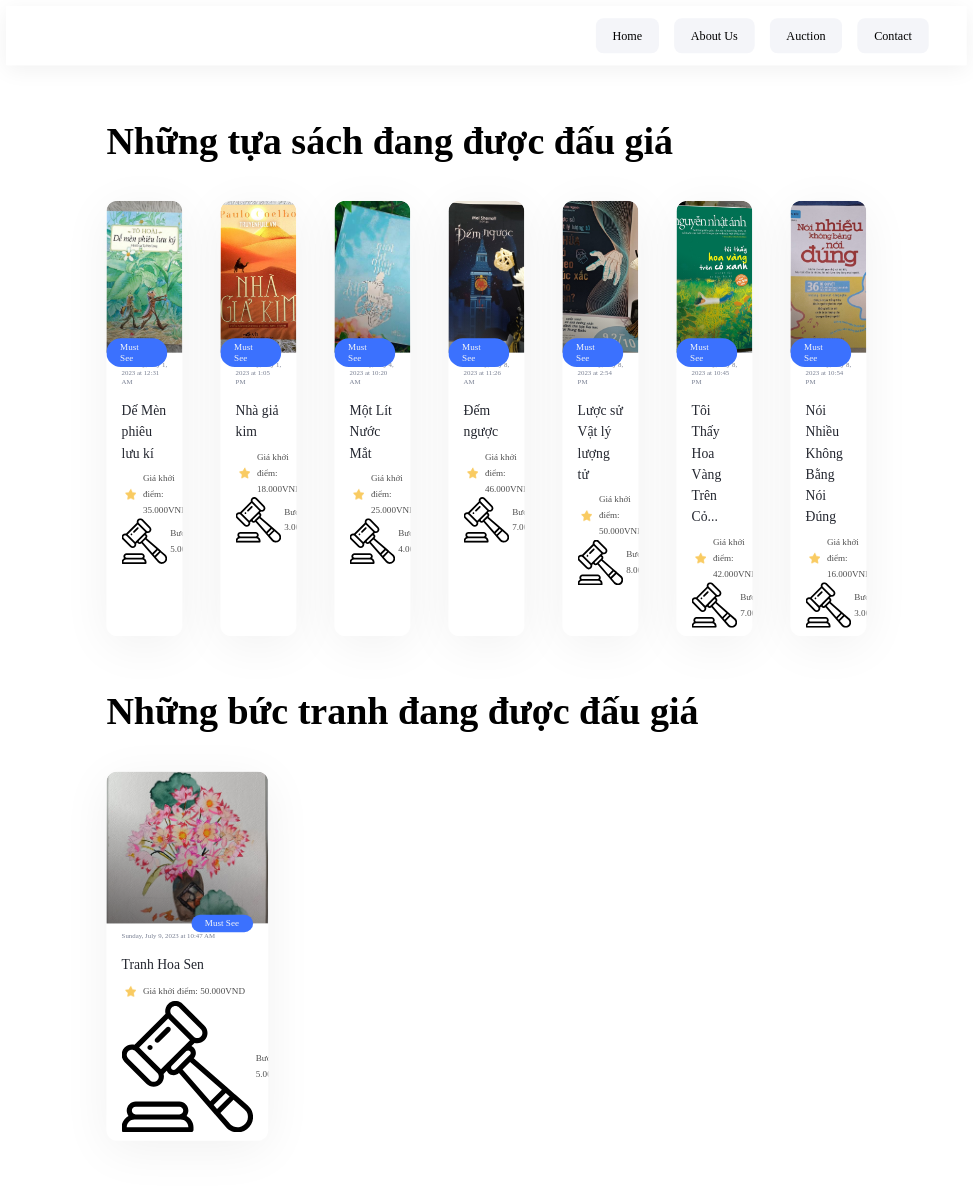
Repository: anatole24/Youth-Smile
Page: auction.html
The author's editor kept a copy of each file at every save. The page is drawn from the files as they stood at one save, then again after the next save.
The browser window is 1280 px wide. The pictures show the whole page, at 76% of full size.
Some web fonts or font styles are not loaded; a fallback is used.

Above is the page before, as saved 2023-07-08 11:12:13.

### auction.html
<!DOCTYPE html>
<head>
  <meta charset="UTF-8">
  <meta http-equiv="X-UA-Compatible" content="IE=edge">
  <meta name="viewport" content="width=device-width, initial-scale=1.0">
  <link rel="stylesheet" href="https://cdnjs.cloudflare.com/ajax/libs/font-awesome/6.4.0/css/all.min.css" integrity="sha512-iecdLmaskl7CVkqkXNQ/ZH/XLlvWZOJyj7Yy7tcenmpD1ypASozpmT/E0iPtmFIB46ZmdtAc9eNBvH0H/ZpiBw==" crossorigin="anonymous" referrerpolicy="no-referrer">
  <link rel="preconnect" href="https://fonts.googleapis.com">
  <link rel="preconnect" href="https://fonts.gstatic.com" crossorigin="">
  <link href="https://fonts.googleapis.com/css2?family=Dancing+Script&amp;family=Geologica&amp;family=Kaushan+Script&amp;family=Lobster&amp;family=Marck+Script&amp;family=Merienda&amp;family=Patrick+Hand&amp;family=Patrick+Hand+SC&amp;family=Playball&amp;family=Roboto&amp;family=Roboto+Condensed&amp;display=swap" rel="stylesheet">
  <link rel="stylesheet" href="header.css">
  <link rel="stylesheet" href="auction.css">
  <title>Auction</title>
  <body>
    <div class="header">
      <div class="header_container">
        <div class="header_list"><a class="header_item" href="./index.html">Home</a><a class="header_item" href="./about.html">About Us</a><a class="header_item" href="./auction.html">Auction</a><a class="header_item" href="./contact.html">Contact</a></div>
      </div>
    </div>
    <section class="auction">
      <div class="container">
        <h2 class="heading">Những tựa sách đang được đấu giá
          <div class="auction-list">
            <div class="auction-item">
              <div class="auction-image">
                <div class="auction-overlay"></div><img class="auction-img" src="./images/b-demen.jpg" alt="book"/><a class="auction-label" href="./must/see.html">Must See</a>
              </div>
              <div class="auction-content"><span class="auction-time">Saturday, July 1, 2023 at 12:31 AM</span>
                <h3 class="auction-title">Dế Mèn phiêu lưu kí</h3>
                <div class="auction-price"><img src="/images/star.png" alt="star"/><span>Giá khởi điểm: 35.000VND</span></div>
                <div class="auction-step"><img class="step-img" src="/images/bua1.svg" alt="star"/><span>Bước giá: 5.000VND</span></div>
              </div>
            </div>
            <div class="auction-item">
              <div class="auction-image">
                <div class="auction-overlay"></div><img class="auction-img" src="./images/b-ngk.jpg" alt="book"/><a class="auction-label" href="./must/ngk.html">Must See</a>
              </div>
              <div class="auction-content"><span class="auction-time">Saturday, July 1, 2023 at 1:05 PM</span>
                <h3 class="auction-title">Nhà giả kim</h3>
                <div class="auction-price"><img src="/images/star.png" alt="star"/><span>Giá khởi điểm: 18.000VND</span></div>
                <div class="auction-step"><img class="step-img" src="/images/bua1.svg" alt="star"/><span>Bước giá: 3.000VND</span></div>
              </div>
            </div>
            <div class="auction-item">
              <div class="auction-image">
                <div class="auction-overlay"></div><img class="auction-img" src="./images/b-mlnm.jpg" alt="book"/><a class="auction-label" href="./must/mlnm.html">Must See</a>
              </div>
              <div class="auction-content"><span class="auction-time">Tuesday, July 4, 2023 at 10:20 AM</span>
                <h3 class="auction-title">Một Lít Nước Mắt</h3>
                <div class="auction-price"><img src="/images/star.png" alt="star"/><span>Giá khởi điểm: 25.000VND</span></div>
                <div class="auction-step"><img class="step-img" src="/images/bua1.svg" alt="star"/><span>Bước giá: 4.000VND</span></div>
              </div>
            </div>
            <div class="auction-item">
              <div class="auction-image">
                <div class="auction-overlay"></div><img class="auction-img" src="./images/b-demnguoc.jpg" alt="book"/><a class="auction-label" href="./must/dn.html">Must See</a>
              </div>
              <div class="auction-content"><span class="auction-time">Saturday, July 8, 2023 at 11:26 AM</span>
                <h3 class="auction-title">Đếm ngược</h3>
                <div class="auction-price"><img src="/images/star.png" alt="star"/><span>Giá khởi điểm: 46.000VND</span></div>
                <div class="auction-step"><img class="step-img" src="/images/bua1.svg" alt="star"/><span>Bước giá: 7.000VND</span></div>
              </div>
            </div>
            <div class="auction-item">
              <div class="auction-image">
                <div class="auction-overlay"></div><img class="auction-img" src="./images/b-vatly.jpg" alt="book"/><a class="auction-label" href="./must/lsvl.html">Must See</a>
              </div>
              <div class="auction-content"><span class="auction-time">Saturday, July 8, 2023 at 2:54 PM</span>
                <h3 class="auction-title">Lược sử Vật lý lượng tử</h3>
                <div class="auction-price"><img src="/images/star.png" alt="star"/><span>Giá khởi điểm: 50.000VND</span></div>
                <div class="auction-step"><img class="step-img" src="/images/bua1.svg" alt="star"/><span>Bước giá: 8.000VND</span></div>
              </div>
            </div>
            <div class="auction-item">
              <div class="auction-image">
                <div class="auction-overlay"></div><img class="auction-img" src="./images/b-toithay.jpg" alt="book"/><a class="auction-label" href="./must/tthv.html">Must See</a>
              </div>
              <div class="auction-content"><span class="auction-time">Saturday, July 8, 2023 at 10:45 PM</span>
                <h3 class="auction-title">Tôi Thấy Hoa Vàng Trên Cỏ...</h3>
                <div class="auction-price"><img src="/images/star.png" alt="star"/><span>Giá khởi điểm: 42.000VND</span></div>
                <div class="auction-step"><img class="step-img" src="/images/bua1.svg" alt="star"/><span>Bước giá: 7.000VND</span></div>
              </div>
            </div>
            <div class="auction-item">
              <div class="auction-image">
                <div class="auction-overlay"></div><img class="auction-img" src="./images/b-noinhieu.jpg" alt="book"/><a class="auction-label" href="./must/nnkb.html">Must See</a>
              </div>
              <div class="auction-content"><span class="auction-time">Saturday, July 8, 2023 at 10:54 PM</span>
                <h3 class="auction-title">Nói Nhiều Không Bằng Nói Đúng</h3>
                <div class="auction-price"><img src="/images/star.png" alt="star"/><span>Giá khởi điểm: 16.000VND</span></div>
                <div class="auction-step"><img class="step-img" src="/images/bua1.svg" alt="star"/><span>Bước giá: 3.000VND</span></div>
              </div>
            </div>
          </div>
        </h2>
      </div>
    </section>
    <section class="auction">
      <div class="container">
        <h2 class="heading">Những bức tranh đang được đấu giá
          <div class="auction-list">
            <div class="auction-item">
              <div class="auction-image">
                <div class="auction-overlay"></div><img class="auction-img" src="./images/p-hoasen.jpg" alt="book"/><a class="auction-label" href="#">Must See</a>
              </div>
              <div class="auction-content"><span class="auction-time">Sunday, July 9, 2023 at 10:47 AM</span>
                <h3 class="auction-title">Tranh Hoa Sen</h3>
                <div class="auction-price"><img src="/images/star.png" alt="star"/><span>Giá khởi điểm: 50.000VND</span></div>
                <div class="auction-step"><img class="step-img" src="/images/bua1.svg" alt="star"/><span>Bước giá: 5.000VND</span></div>
              </div>
            </div>
          </div>
        </h2>
      </div>
    </section>
  </body>
</head>

### header.css
:root {
  --primary-color: #c08d18bb;
}
body {
  overflow-x: hidden;
}
a {
  text-decoration: none;
  color: inherit;
}
button {
  cursor: pointer;
  outline: none;
  font: inherit;
  background-color: transparent;
  border: none;
}

.header {
  background-color: white;
  padding: 16px 0;
  box-shadow: 0px 6px 30px 0px rgba(15, 15, 15, 0.06);
  margin-bottom: 70px;
}
.header_container {
  margin: 0 auto;
}
.header_list {
  margin-right: 50px;
  display: flex;
  align-items: center;
  justify-content: flex-end;
  gap: 20px;
  flex-direction: row;
  flex-wrap: nowrap;
}
.header_item {
  padding: 14px 22px;
  border-radius: 10px;
  background-color: #f4f5f9;
  display: block;
  transition: background-color 0.2s linear, color 0.25s ease-in;
}
.header_item:hover {
  background-color: #c08d18bb;
  color: white;
}

### auction.css
/* Auction-*/
.auction-list {
  --columns: 1;
}
.heading {
  font-size: 50px;
  margin-bottom: 30px;
}
.container {
  width: 100%;
  max-width: 1000px;
  margin: 50px auto;
  padding: 0 15px;
}

.auction-list {
  --columns: 4;
  display: grid;
  grid-template-columns: repeat(var(--columns), 1fr);
  grid-auto-flow: column;
  grid-auto-columns: 1fr;
  gap: 50px;
  margin-top: 50px;
  margin-bottom: 70px;
}
.auction-item {
  overflow: hidden;
  background-color: #ffffff;
  border-radius: 14px;
  box-shadow: 0px 12px 64px rgba(0, 0, 0, 0.06);
}
.auction-image {
  height: 200px;
  position: relative;
}
.auction-img {
  width: 100%;
  height: 100%;
  border-radius: 14px 14px 0px 0px;
  object-fit: cover;
}
.auction-label {
  position: absolute;
  right: 20px;
  bottom: 0px;
  font-weight: 500;
  font-size: 12px;
  line-height: 15px;
  display: inline-flex;
  justify-content: center;
  align-items: center;
  color: #f4f5f6;
  background-color: #3b71fe;
  border-radius: 30px;
  padding: 4px 18px;
  transform: translateY(50%);
}
.auction-content {
  padding: 11px 20px;
}
.auction-time {
  font-weight: 400;
  font-size: 9px;
  line-height: 11px;
  color: #777e91;
  margin-bottom: 8px;
  display: block;
}
.auction-title {
  font-weight: 500;
  font-size: 18px;
  line-height: 28px;
  color: #23262f;
  margin-bottom: 9px;
}
.auction-price {
  display: flex;
  align-items: center;
  font-weight: 500;
  font-size: 12px;
  line-height: 175%;
  color: #4f4f4f;
  gap: 4px;
}
.auction-step {
  display: flex;
  align-items: center;
  font-weight: 500;
  font-size: 12px;
  line-height: 175%;
  color: #4f4f4f;
  gap: 4px;
}
.auction-overlay {
  background: linear-gradient(
    24.19deg,
    rgba(4, 4, 4, 0.52) 0.23%,
    rgba(4, 4, 4, 0) 55.52%
  );

  position: absolute;
  top: 0;
  left: 0;
  width: 100%;
  height: 100%;
  border-radius: 14px 14px 0px 0px;
}

@media screen and (max-width: 1023.98px) {
  .auction-item {
    width: calc(50% - 30px);
    margin-bottom: 30px;
  }
  .auction-list {
    --columns: 2;
  }
}
@media screen and (max-width: 767.98px) {
  .auction-item {
    width: 100%;
  }
  .auction-list {
    grid-template-columns: repeat(2, 1fr);
    grid-auto-flow: row;
    gap: 16px;
  }
}

After the next save:
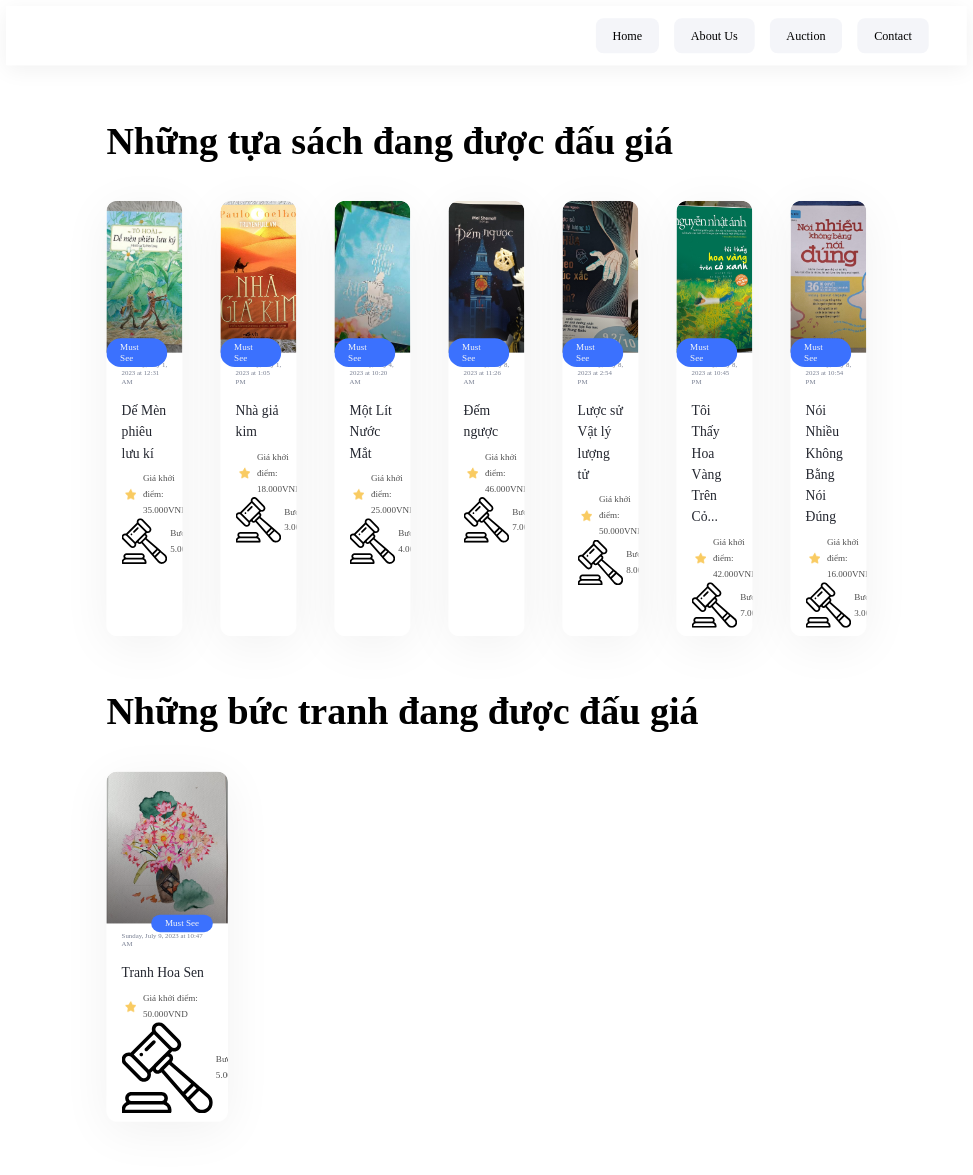
Saved 32 s later.
--- a/auction.css
+++ b/auction.css
@@ -14,7 +14,7 @@
 }
 
 .auction-list {
-  --columns: 4;
+  --columns: 5;
   display: grid;
   grid-template-columns: repeat(var(--columns), 1fr);
   grid-auto-flow: column;

After the save that followed:
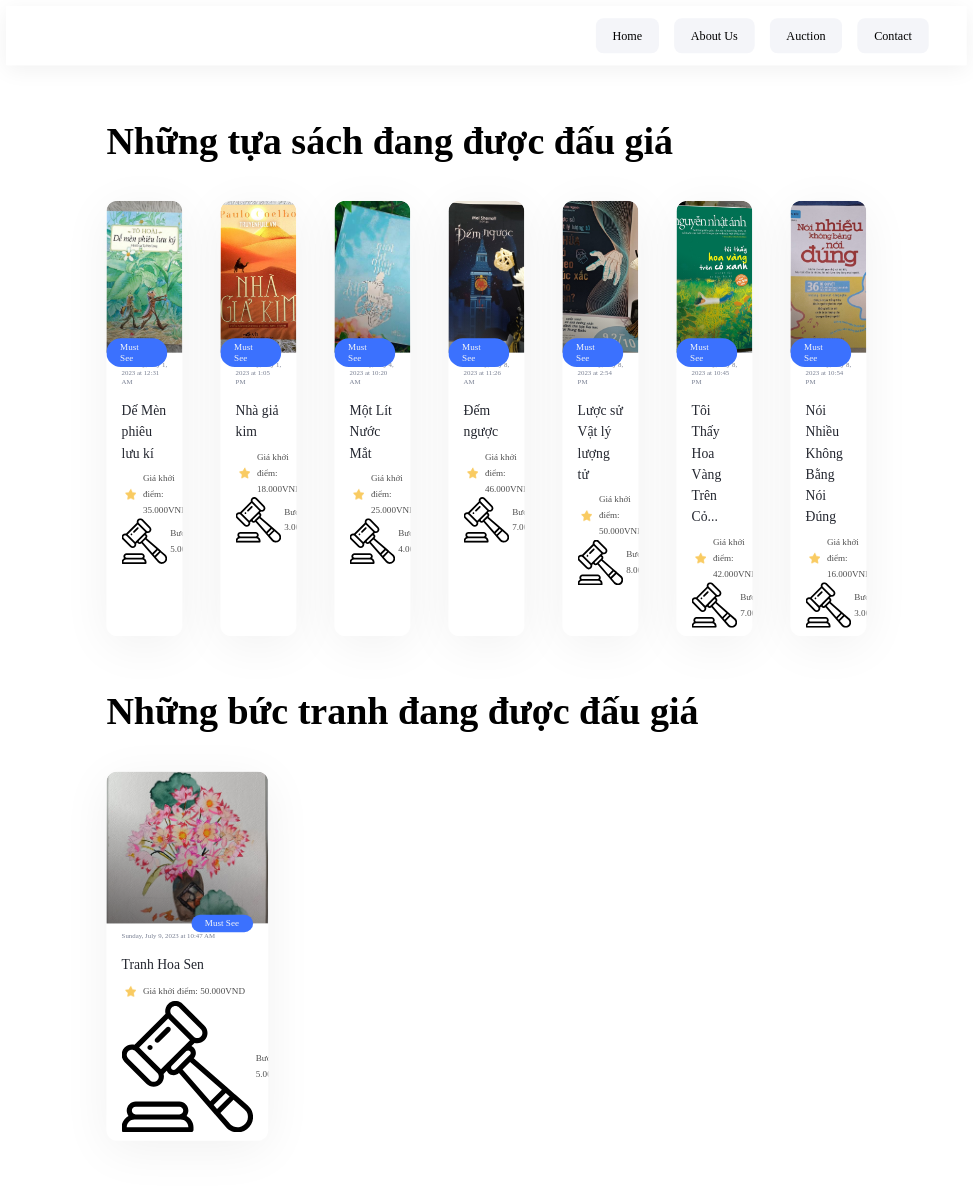
Saved 31 s later.
--- a/auction.css
+++ b/auction.css
@@ -14,7 +14,7 @@
 }
 
 .auction-list {
-  --columns: 5;
+  --columns: 4;
   display: grid;
   grid-template-columns: repeat(var(--columns), 1fr);
   grid-auto-flow: column;
